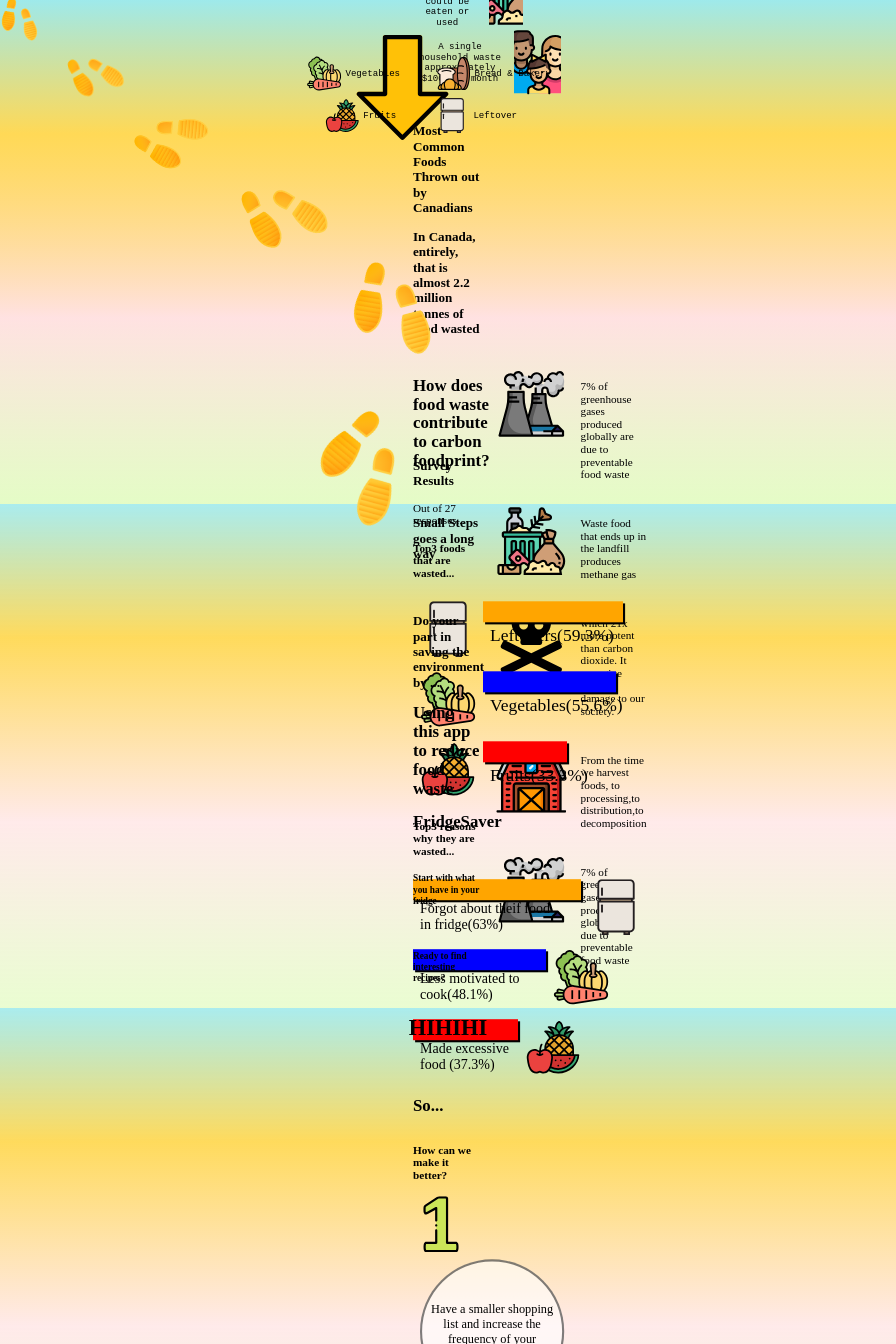
Repository: iorid3/Midterm
Page: index.html
An editor plug-in stored every save of this project. The page is shown before and after the next save, followed by the edit.
The browser window is 1280 px wide. The pictures show the part of the page from y = 0 to 1920 px (the page is 2933 px tall before and 3056 px after), at 70% of full size.
Pictures or frames that could not be fetched are drawn as grey boxes.

Above is the page before, as saved 2021-03-09 11:27:48.

After the next save:
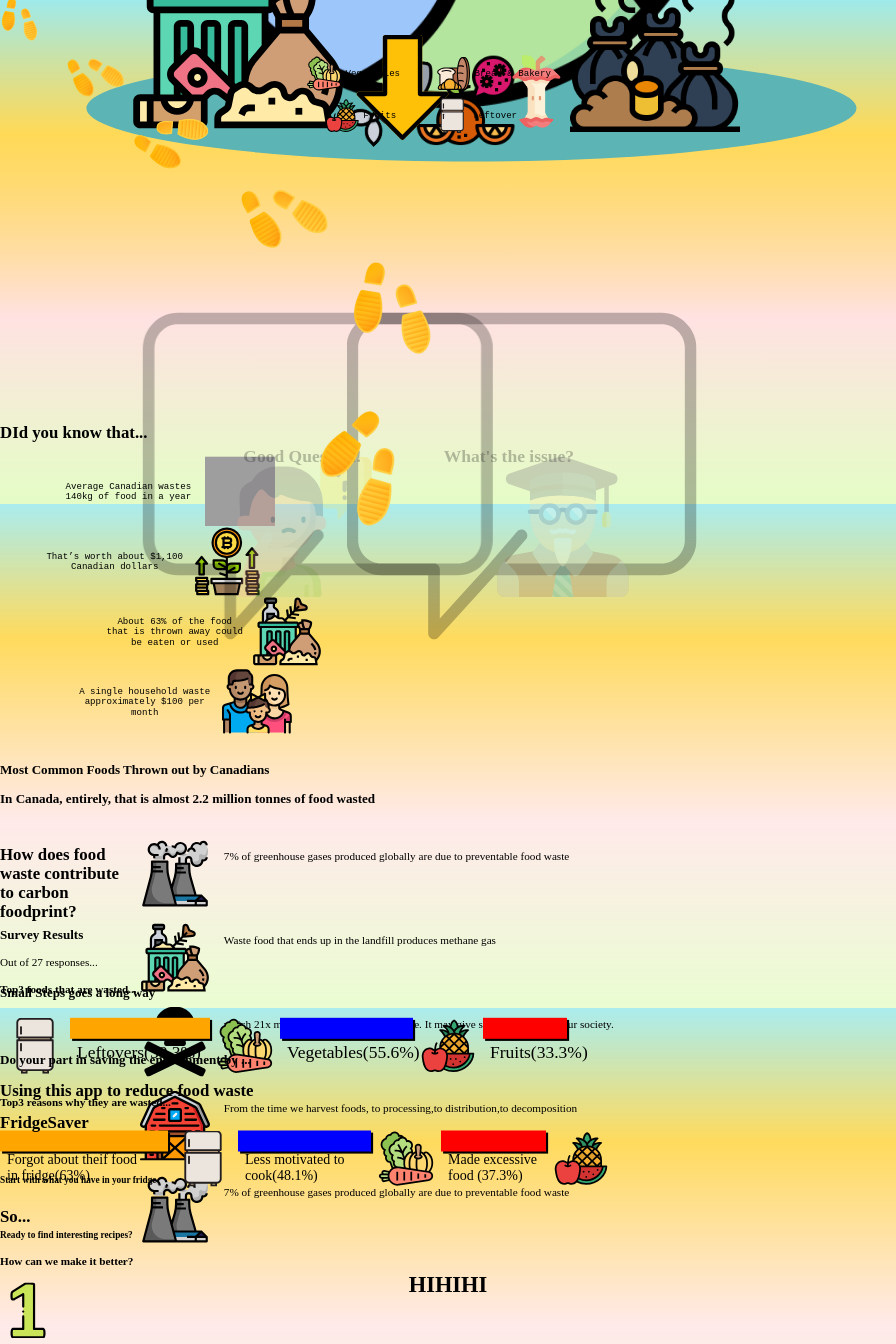
Saved 112 s later.
--- a/index.css
+++ b/index.css
@@ -13,18 +13,18 @@ html,body{
 }
 
 .section1{
-  width:100px;
+  width:100%;
 }
 
 
 .section2{
-    width:100px;
+    width:100%;
 
 }
 
 .section3{
     display:flex;
-    width:100px;
+    width:100%;
     height:100px;
 }
 
@@ -32,12 +32,12 @@ html,body{
 
     display:flex;
     flex-direction: column;
-    width:100px;
+    width:100%;
     height:100px;
 }
 
 
 .section5{
-    width:100px;
+    width:100%
 
 }
